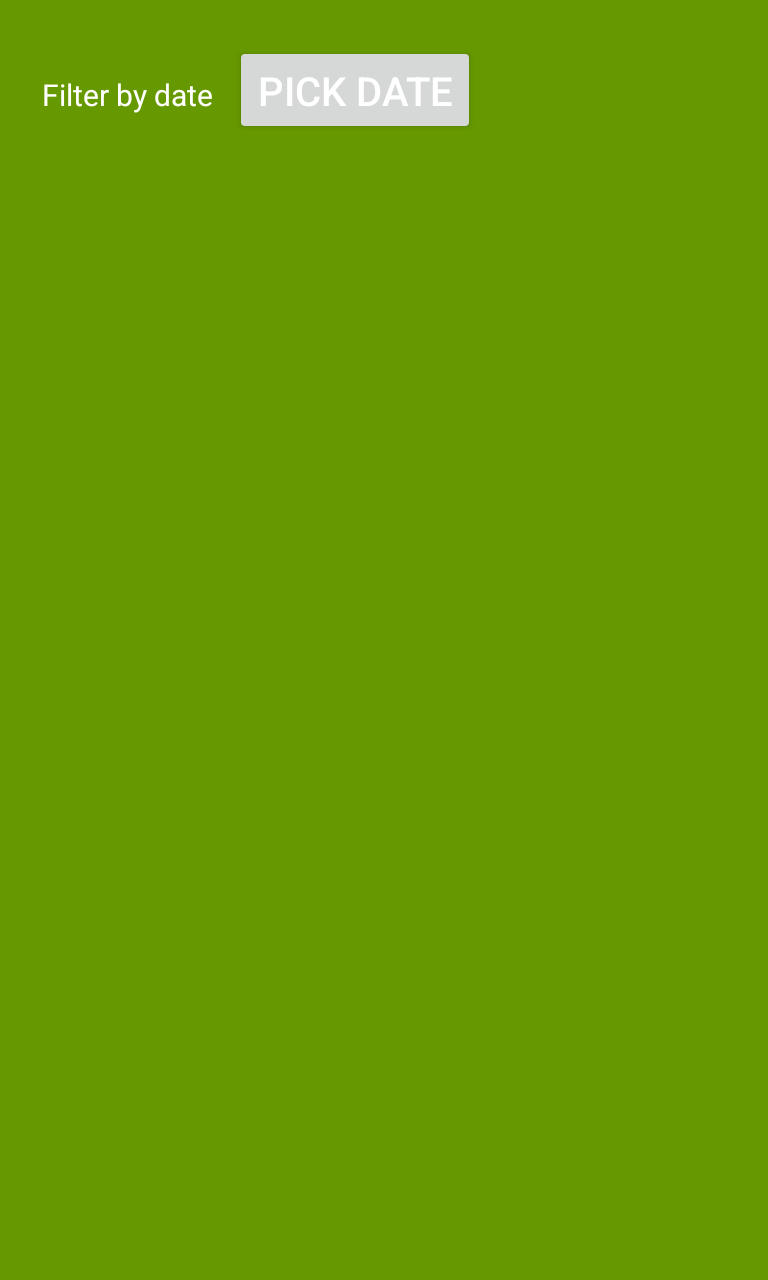
Repository: bwoldemi/LilyTrans
Layout: TransLily/res/layout/activity_booked_ride.xml
The author's editor kept a copy of each file at every save. The layout is drawn from the files as they stood at one save, then again after the next save.
It is drawn on a 768 x 1280 px phone screen (xhdpi) without system bars, with theme AppTheme; the app's code is not run. Lists and similar views that code fills are empty.

Above is the layout before, as saved 2014-11-10 20:59:29.

After the next save:
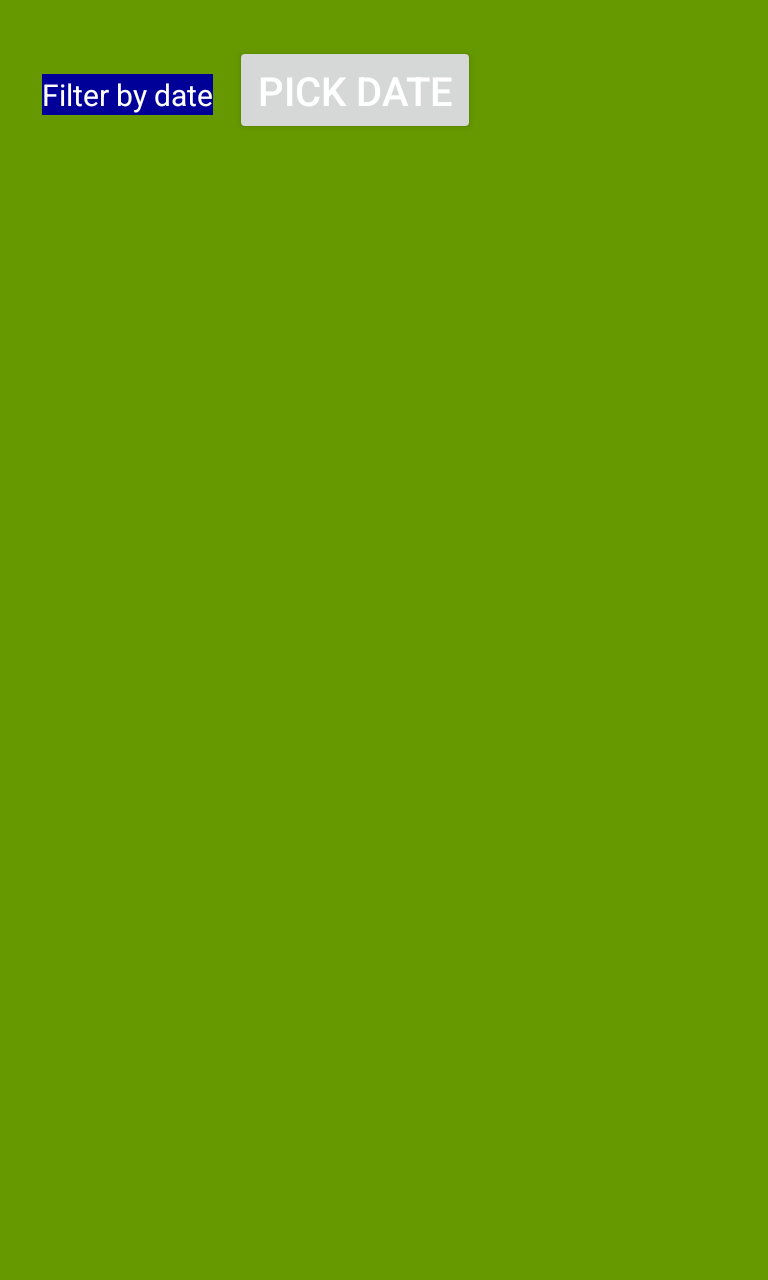
Saved 34 min 33 s later.
--- a/TransLily/res/layout/activity_booked_ride.xml
+++ b/TransLily/res/layout/activity_booked_ride.xml
@@ -20,7 +20,8 @@
             android:layout_width="wrap_content"
             android:layout_height="wrap_content"
             android:text="@string/filer_by_date"
-            android:textColor="#FFF"
+            android:textColor="@color/text_color"
+            android:background="@color/backgroundFrom"
             android:textSize="15sp" />
 
         <Button
